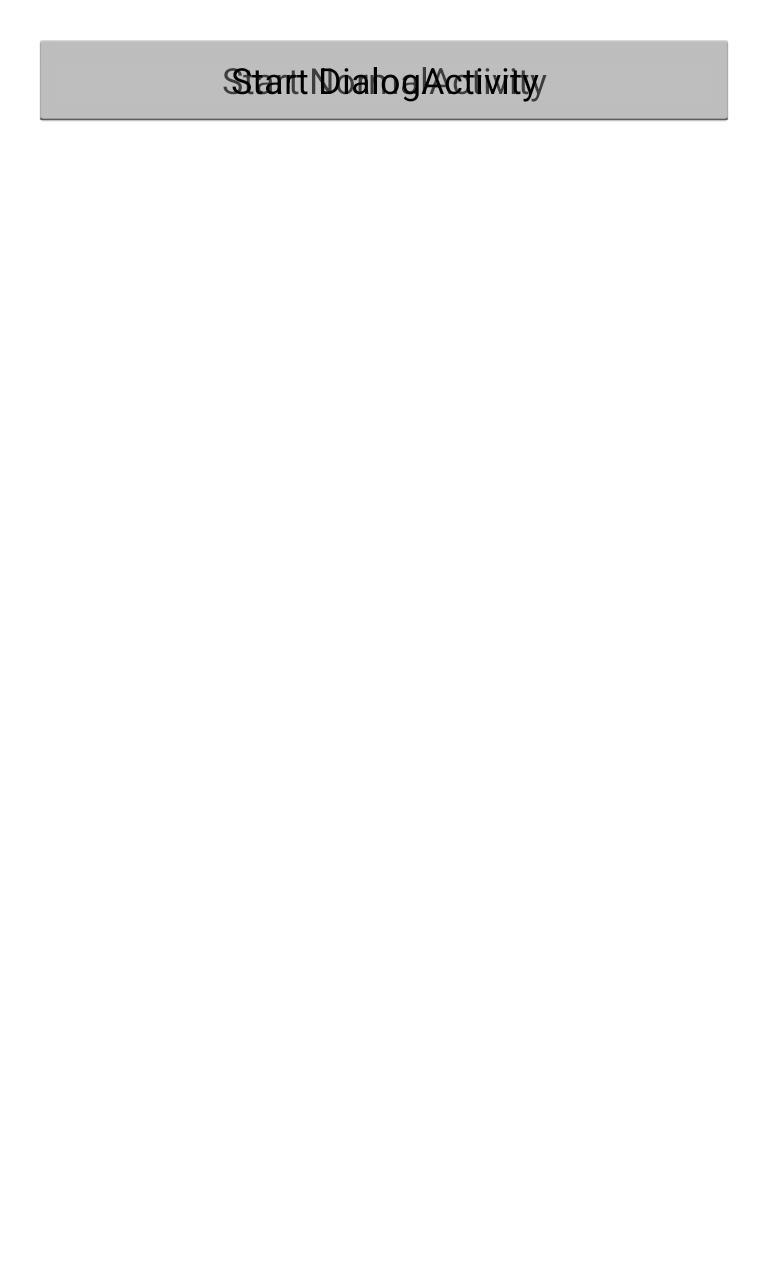
Repository: Ollyder/eclipse_work
Layout: ActivityLifeCycleTest/res/layout/activity_main.xml
The author's editor kept a copy of each file at every save. The layout is drawn from the files as they stood at one save, then again after the next save.
It is drawn on a 768 x 1280 px phone screen (xhdpi) without system bars, with theme AppTheme; the app's code is not run.

Above is the layout before, as saved 2017-05-24 14:08:15.

After the next save:
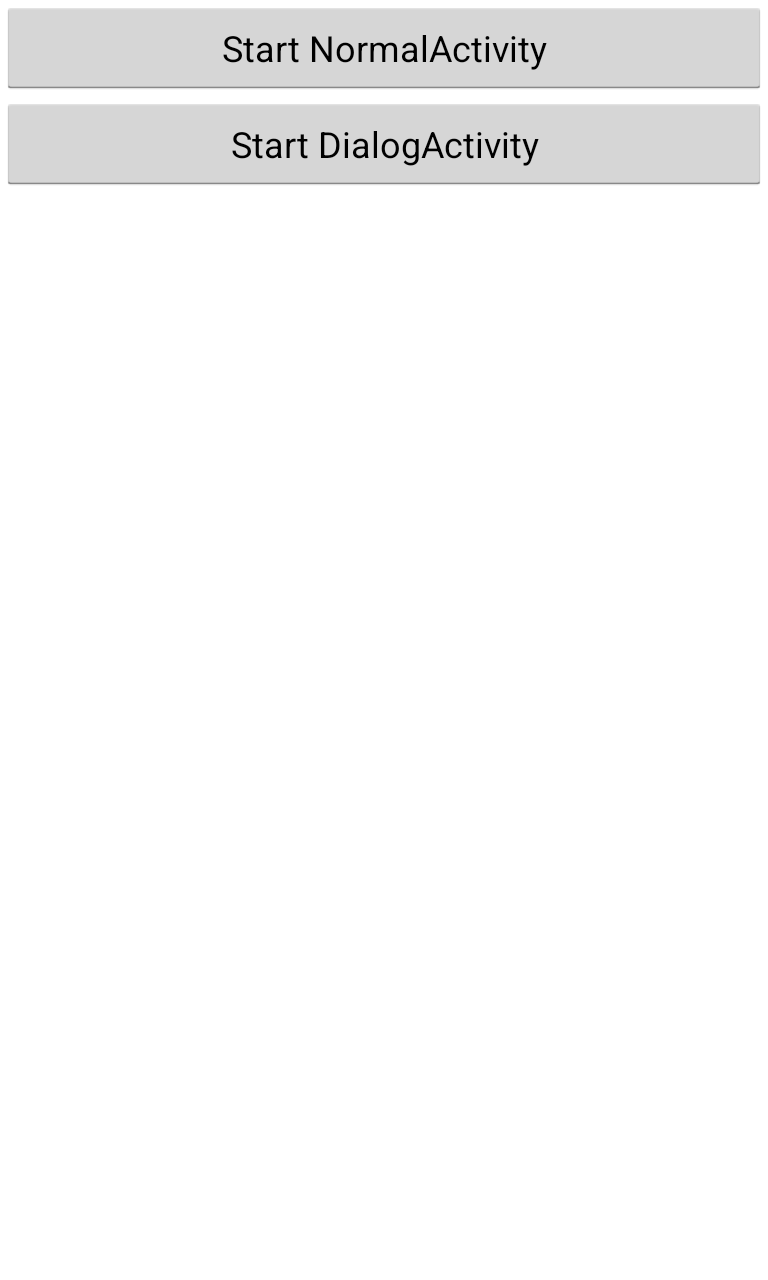
Saved 2 min 22 s later.
--- a/ActivityLifeCycleTest/res/layout/activity_main.xml
+++ b/ActivityLifeCycleTest/res/layout/activity_main.xml
@@ -1,12 +1,8 @@
-<RelativeLayout xmlns:android="http://schemas.android.com/apk/res/android"
-    xmlns:tools="http://schemas.android.com/tools"
+<?xml version="1.0" encoding="utf-8"?>
+<LinearLayout xmlns:android="http://schemas.android.com/apk/res/android"
     android:layout_width="match_parent"
     android:layout_height="match_parent"
-    android:paddingBottom="@dimen/activity_vertical_margin"
-    android:paddingLeft="@dimen/activity_horizontal_margin"
-    android:paddingRight="@dimen/activity_horizontal_margin"
-    android:paddingTop="@dimen/activity_vertical_margin"
-    tools:context="com.example.activitylifecycletest.MainActivity" >
+    android:orientation="vertical" >
 
     <Button
         android:id="@+id/start_normal_activity"
@@ -22,4 +18,5 @@
         android:text="Start DialogActivity"
         />
 
-</RelativeLayout>
+
+</LinearLayout>
